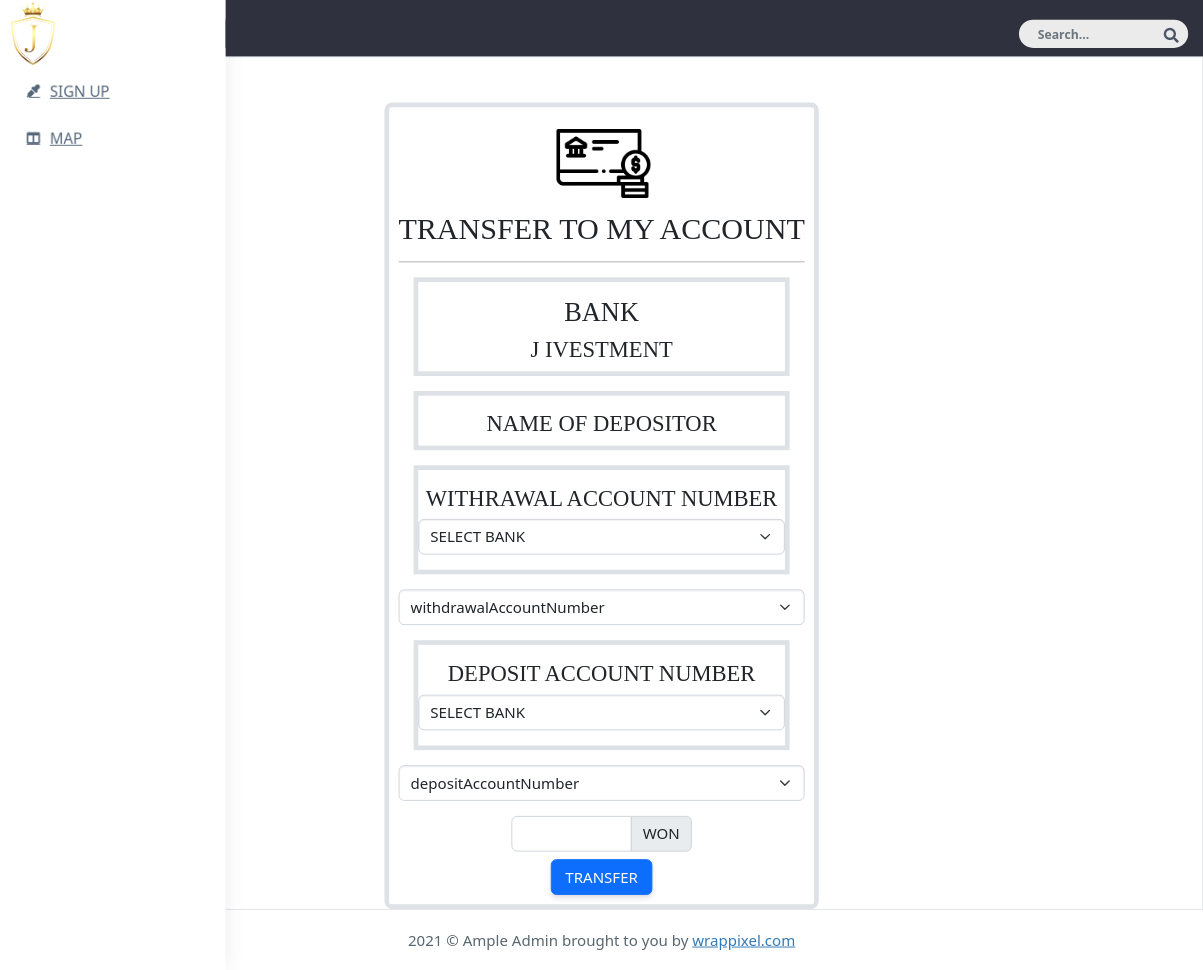
Repository: chopilyeon/HanaOpenBanking
Page: http://localhost/OpenBanking/jsp/bank/transferToMyAccount.jsp
An editor plug-in stored every save of this project. The page is shown before and after the next save, followed by the edit.
The browser window is 1280 px wide. The pictures show the whole page, at 94% of full size.
Some web fonts or font styles are not loaded; a fallback is used. The page is served by Tomcat 9.

Above is the page before, as saved 2022-08-01 16:29:17.
Console error: SyntaxError: Unexpected token ')'

After the next save:
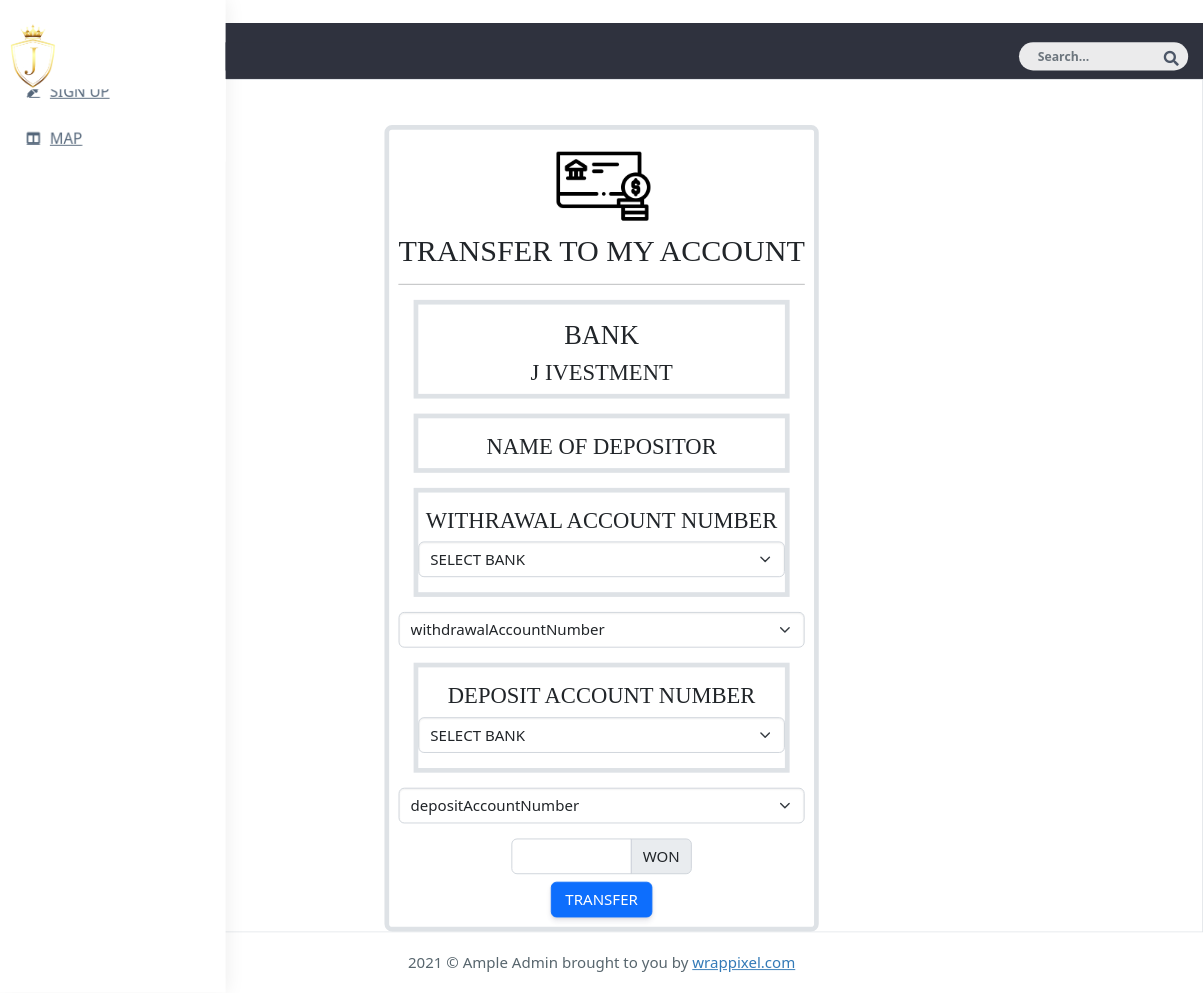
Saved 11 h 5 min later.
--- a/OpenBanking/src/main/webapp/jsp/bank/transferToMyAccount.jsp
+++ b/OpenBanking/src/main/webapp/jsp/bank/transferToMyAccount.jsp
@@ -80,10 +80,10 @@
 
 	 }
 </script>
-
+depositAccountBank
 <script>
 console.log("왜 안될까?");
-let depositBankName
+let depositBankName;
 let depositAccountBank = function(value){
 	console.log("ajax2 값 테스트 :" + value);
 	depositBankName = value;

After the save that followed:
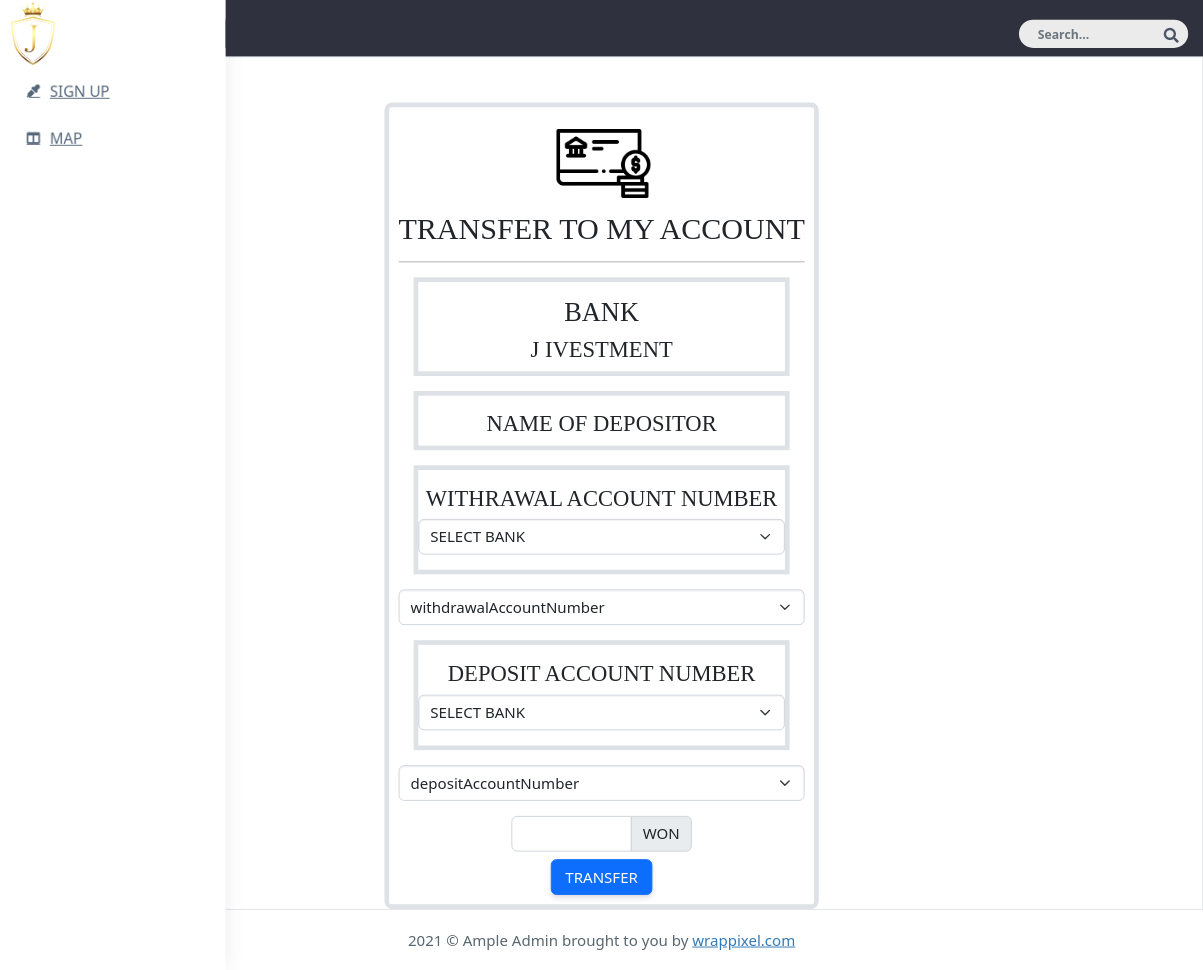
Saved 12 s later.
--- a/OpenBanking/src/main/webapp/jsp/bank/transferToMyAccount.jsp
+++ b/OpenBanking/src/main/webapp/jsp/bank/transferToMyAccount.jsp
@@ -80,7 +80,7 @@
 
 	 }
 </script>
-depositAccountBank
+
 <script>
 console.log("왜 안될까?");
 let depositBankName;
